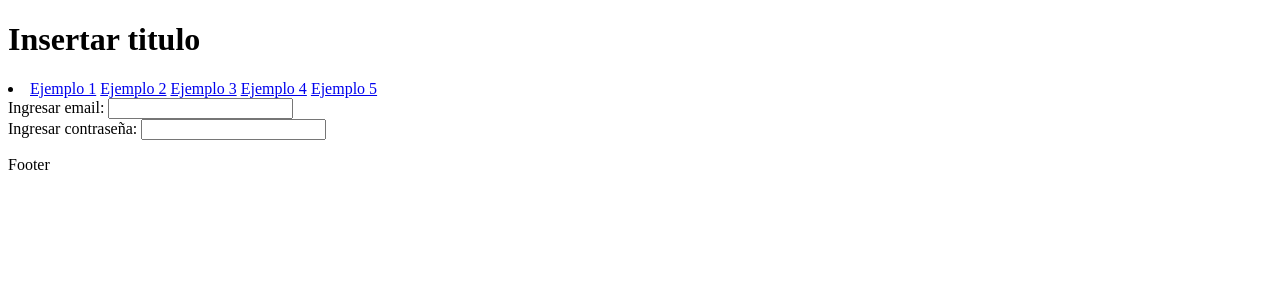
Repository: FacundoKinderknecht/Parcial-2-LPPA
Page: login/login.html
These files come from the project's save history. The page is drawn as it stood at one moment and after the next save; the edit follows.
The browser window is 1280 px wide. The pictures show the whole page.

Above is the page before, as saved 2022-07-06 10:11:53.

### login/login.html
<!DOCTYPE html>
<html lang="en">
<head>
    <meta charset="UTF-8">
    <meta http-equiv="X-UA-Compatible" content="IE=edge">
    <meta name="viewport" content="width=device-width, initial-scale=1.0">
    <title>Document</title>
    <link rel="stylesheet" href="/login/login.css">
    <script src="/login/login.js"></script>
</head>
<body>
    <header>
        <h1>Insertar titulo</h1>
    </header>
    <nav>
        <li>
            <a href="#">Ejemplo 1</a>
            <a href="#">Ejemplo 2</a>
            <a href="#">Ejemplo 3</a>
            <a href="#">Ejemplo 4</a>
            <a href="#">Ejemplo 5</a>
        </li>
    </nav>
    <main>
        <form>
            <div class="email">
                <label for="email">Ingresar email:</label>
                <input type="text" name="email" id="email">
            </div>
            <div class="contraseña">
                <label for="contraseña">Ingresar contraseña:</label>
                <input type="password" name="contraseña" id="contraseña">
            </div>
        </form>
    </main>
    <footer>
        <p>Footer</p>
    </footer>
</body>
</html>

Loaded but not shown: login/login.css (no copy from this time; the picture is the same without it); login/login.js (no stored copy; drawn as an empty file)

After the next save:
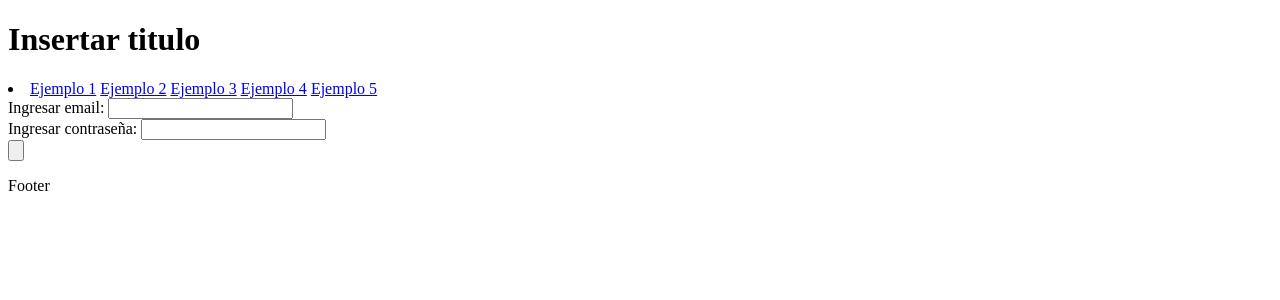
Saved 42 s later.
--- a/login/login.html
+++ b/login/login.html
@@ -31,6 +31,9 @@
                 <label for="contraseña">Ingresar contraseña:</label>
                 <input type="password" name="contraseña" id="contraseña">
             </div>
+            <div class="boton">
+                <input type="button" name="boton" id="boton">
+            </div>
         </form>
     </main>
     <footer>
